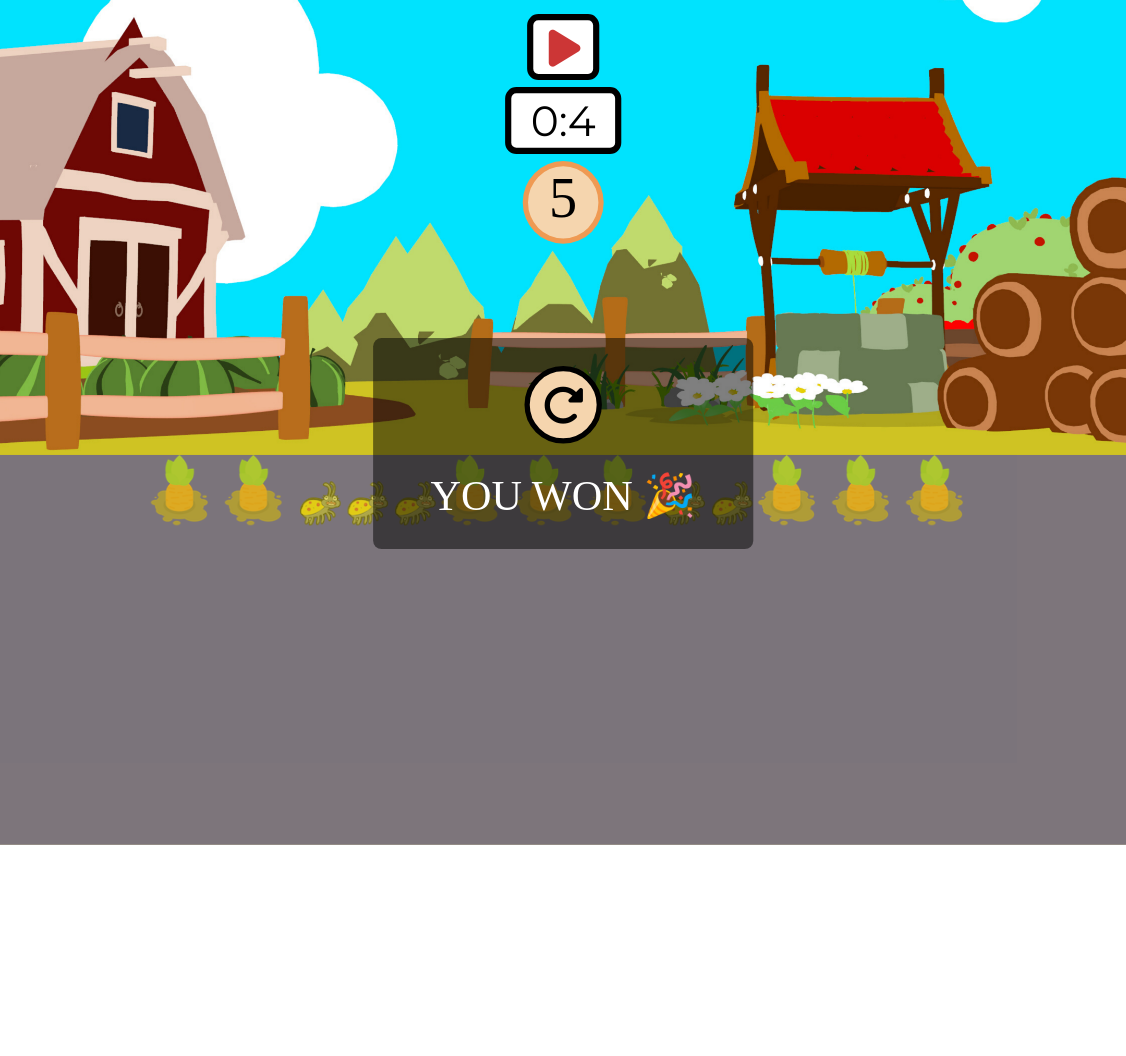
Repository: sephinejo/Mini-carrot-game
Page: index.html
The author's editor kept a copy of each file at every save. The page is drawn from the files as they stood at one save, then again after the next save.
The browser window is 1280 px wide. The pictures show the whole page, at 88% of full size.
Some web fonts or font styles are not loaded; a fallback is used. Some web libraries are served in a nearby version.

Above is the page before, as saved 2023-05-15 09:31:12.

After the next save:
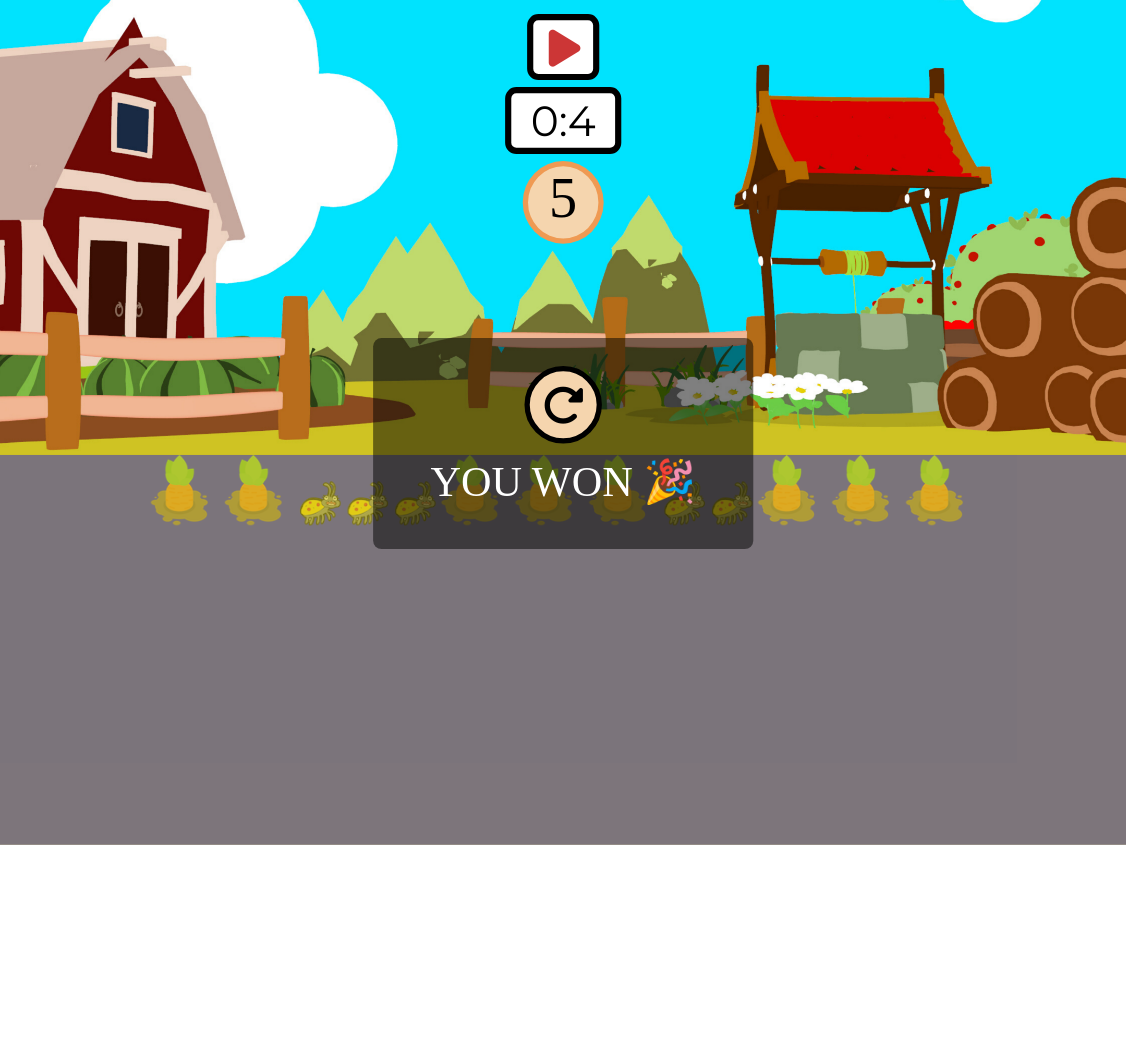
Saved 5 s later.
--- a/style.css
+++ b/style.css
@@ -98,5 +98,5 @@ button {
   font-size: 3rem;
   text-align: center;
   color: white;
-  margin-top: 2rem;
+  margin-top: 1rem;
 }
